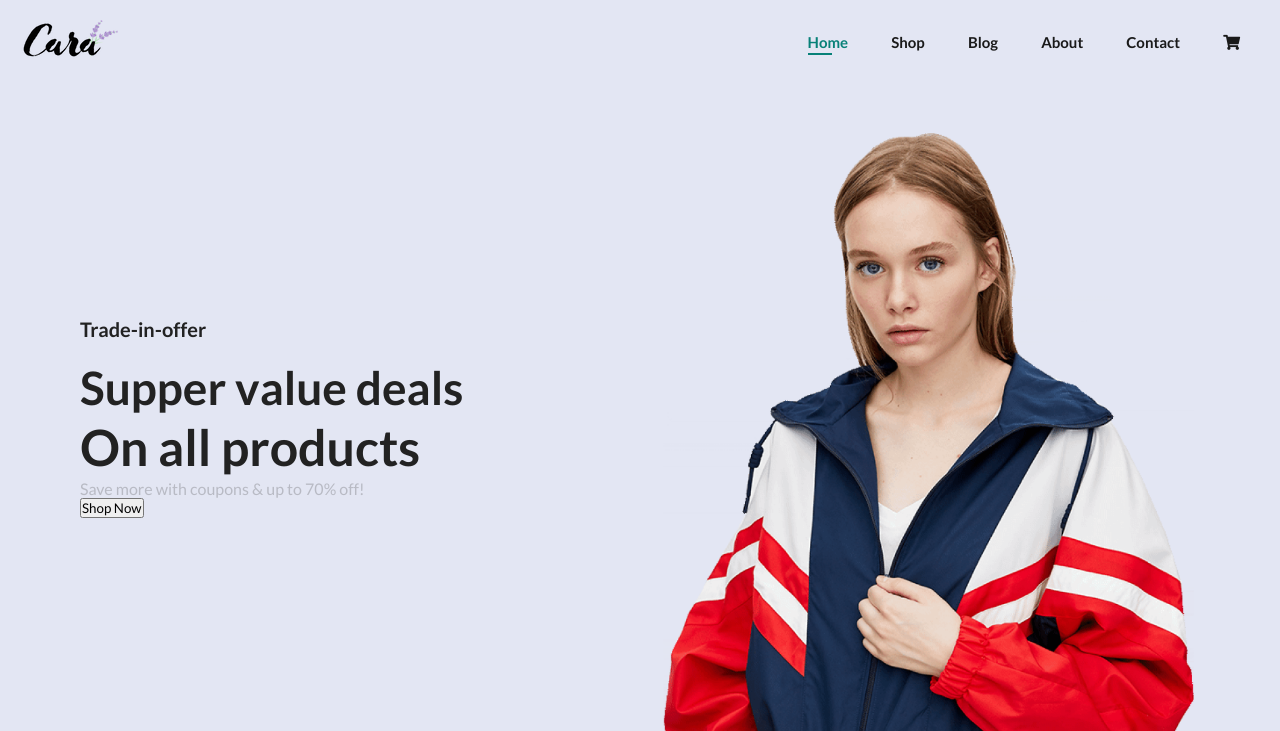
Repository: Nguyenductuan-dev/Website-Clothes
Page: index.html
The author's editor kept a copy of each file at every save. The page is drawn from the files as they stood at one save, then again after the next save.
The browser window is 1280 px wide. The pictures show the whole page.

Above is the page before, as saved 2022-04-22 20:58:31.

### index.html
<!DOCTYPE html>
<html lang="en">
<head>
    <meta charset="UTF-8">
    <meta http-equiv="X-UA-Compatible" content="IE=edge">
    <meta name="viewport" content="width=device-width, initial-scale=1.0">
    <link rel="shortcut icon" href="assets/imgs/favicon.png" type="image/x-icon">
    <link rel="stylesheet" href="https://cdnjs.cloudflare.com/ajax/libs/font-awesome/5.15.1/css/all.min.css" />
    <link rel="preconnect" href="https://fonts.googleapis.com">
    <link rel="preconnect" href="https://fonts.gstatic.com" crossorigin>
    <link href="https://fonts.googleapis.com/css2?family=Lato:wght@400;700&family=Montserrat:ital,wght@0,200;0,300;0,400;0,500;0,600;0,700;1,600&display=swap" rel="stylesheet">
    <link rel="stylesheet" href="assets/css/style.css">
    <title>Website Clothes</title>
</head>
<body>
    <!-- ======================= HEADER ====================== -->
    <header class="header " id="header">
        <div class="header__container">
            <a href="index.html" class="header__logo">
                <img src="assets/images/logo.png" alt="" class="header__logo-img">
            </a>

            <div class="navbar" id="navbar">
                <ul class="navbar__list">
                    <li class="navbar__item ">
                        <a href="index.html" class="navbar__link navbar__active">Home</a>
                    </li>
                    <li class="navbar__item">
                        <a href="shop.html" class="navbar__link">Shop</a>
                    </li>
                    <li class="navbar__item">
                        <a href="blog.html" class="navbar__link">Blog</a>
                    </li>
                    <li class="navbar__item">
                        <a href="about.html" class="navbar__link">About</a>
                    </li>
                    <li class="navbar__item">
                        <a href="contact.html" class="navbar__link">Contact</a>
                    </li>
                    <li class="navbar__item">
                        <a href="cart.html" class="navbar__link">
                            <i class="fas fa-shopping-cart"></i>
                        </a>
                    </li>
                </ul>
            </div>
        </div>
    </header>

    <!-- ======================= BANNER ====================== -->
    <section class="banner" id="banner">
        <h4>Trade-in-offer</h4>
        <h2>Supper value deals</h2>
        <h1>On all products</h1>
        <p>Save more with coupons & up to 70% off!</p>
        <button class="btn">
            Shop Now
        </button>
    </section>

    <script src="assets/js/main.js"></script>
</body>
</html>

### assets/css/style.css
* {
    margin: 0;
    padding: 0;
    box-sizing: border-box;
    font-family: 'Lato', sans-serif;
}
h1 {
    font-size: 50px;
    line-height: 64px;
    color: #222;
}
h2 {
    font-size: 46px;
    line-height: 54px;
    color: #222;
}

h4 {
    font-size: 20px;
    line-height: 64px;
    color: #222;
}
h6 {
    font-weight: 700;
    font-size: 12px;
}
p {
    font-size: 16px;
    color: #4444;
}
body {
    width: 100%;
}

/* ================ HEADER =================== */
.header__container {
    display: flex;
    justify-content: space-between;
    align-items: center;
    padding: 20px;
    background-color: #e3e6f3;
    box-shadow: 0 5px 15px rgba(0, 0, 0, .06);
}
.navbar {
    display: inline-block;
}
.navbar__item {
    display: inline-block;
    list-style: none;
    padding: 0 20px;
    position: relative;
}
.navbar__link {
    text-decoration: none;
    color: #1a1a1a;
   font-size: 15px;
   font-weight: 600;
   transition: .3s ease;

}
.navbar__link:hover,
.navbar__link.navbar__active {
    color: #088178;
}
.navbar__active::after,
.navbar__link:hover::after {
    content: '';
    width: 30%;
    height: 2px;
    background-color: #088178;
    position: absolute;
    bottom: -4px;
    left: 20px;
}
/* ================ BANNER =================== */
.banner {
    background-image: url('../images/hero4.png');
    width: 100%;
    height: 90vh;
    background-position: top 25% right 0;
    background-size: cover;
    padding: 0 80px;
    display: flex;
    flex-direction: column;
    align-items: flex-start;
    justify-content: center;
}

Loaded but not shown: assets/js/main.js (no stored copy; drawn as an empty file)

After the next save:
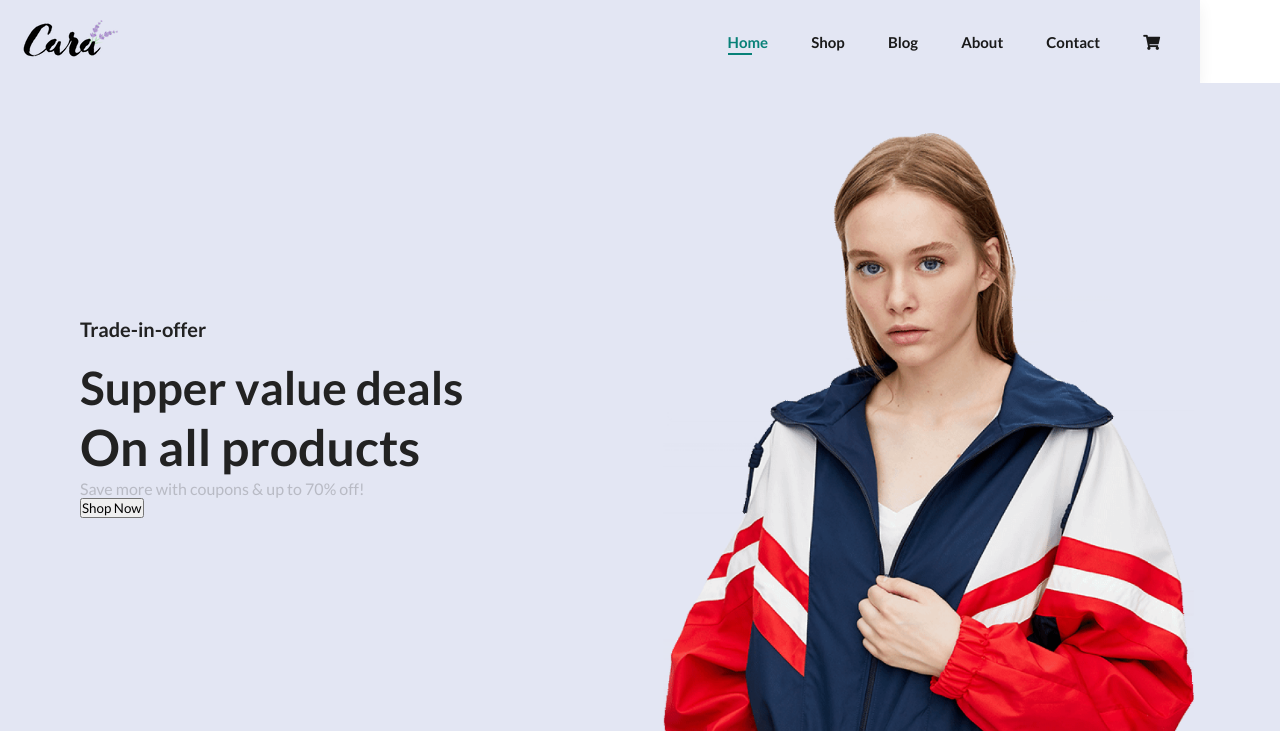
Saved 16 s later.
--- a/assets/css/style.css
+++ b/assets/css/style.css
@@ -34,6 +34,7 @@ body {
 
 /* ================ HEADER =================== */
 .header__container {
+    max-width: 1200px;
     display: flex;
     justify-content: space-between;
     align-items: center;
